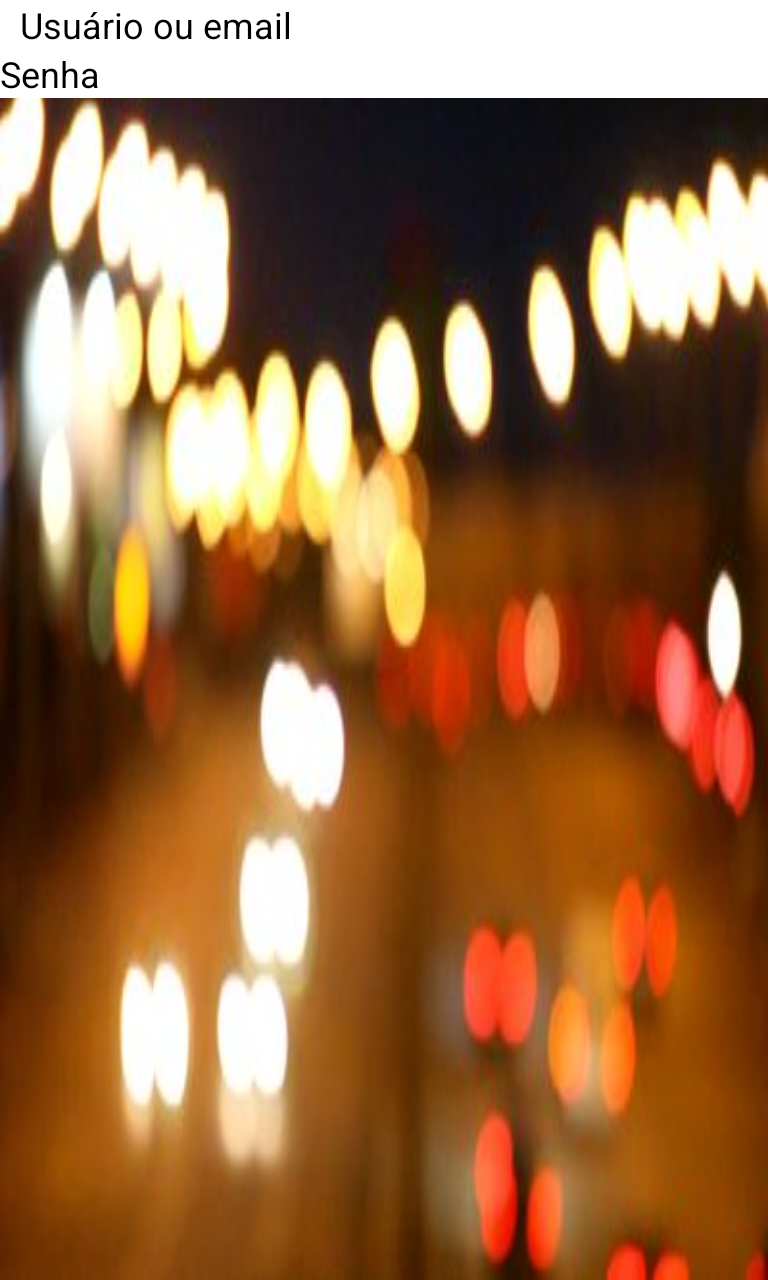
Repository: wellingtondessuy/AppLearning
Layout: HappyApp/res/layout/activity_login.xml
An editor plug-in stored every save of this project. The layout is shown before and after the next save, followed by the edit.
It is drawn on a 768 x 1280 px phone screen (xhdpi) without system bars, with theme AppTheme; the app's code is not run.

Above is the layout before, as saved 2015-05-22 19:10:32.

### HappyApp/res/layout/activity_login.xml
<LinearLayout xmlns:android="http://schemas.android.com/apk/res/android"
    xmlns:tools="http://schemas.android.com/tools"
    android:orientation="vertical"
    android:layout_width="match_parent"
    android:layout_height="match_parent"
    android:background="@drawable/back_wf"
    tools:context="com.example.happyapp.LoginActivity" >

    <EditText
        android:id="@+id/login_user"
        android:hint="@string/username_or_email"
        android:textColorHint="#000000"
        android:layout_width="match_parent"
        android:layout_height="wrap_content"
        android:background="#FFFFFF"
        android:paddingLeft="10dp"
        />

    <EditText
        android:id="@+id/login_password"
        android:hint="@string/password"
        android:textColorHint="#000000"
        android:inputType="textPassword"
        android:layout_width="match_parent"
        android:layout_height="wrap_content"
        android:background="#FFFFFF"
        />

</LinearLayout>

### HappyApp/res/values/strings.xml
<?xml version="1.0" encoding="utf-8"?>
<resources>

    <string name="app_name">HappyApp</string>
    <string name="title_section1">Section 1</string>
    <string name="title_section2">Section 2</string>
    <string name="title_section3">Section 3</string>
    <string name="hello_world">Hello world!</string>
    <string name="action_settings">Settings</string>
    <string name="signup">Quero ser sócio!</string>
    <string name="login">Já sou sócio</string>
    <string name="presentation1">Associe-se e tenha muitas vantagens na hora de torcer</string>
    <string name="presentation2">Vantagem 1</string>
    <string name="presentation3">Vantagem 2</string>
    <string name="presentation4">Vantagem 3</string>
    <string name="presentation5">Vantagem 4</string>
    <string name="logo_description">Logo do Time</string>
    <string name="title_activity_login">LoginActivity</string>
    <string name="title_activity_register">RegisterActivity</string>
    <string name="username_or_email">Usuário ou email</string>
    <string name="password">Senha</string>

</resources>

Loaded but not shown: HappyApp/res/values/styles.xml (common file); HappyApp/res/values-v11/styles.xml (common file); HappyApp/res/values-v14/styles.xml (common file)

After the next save:
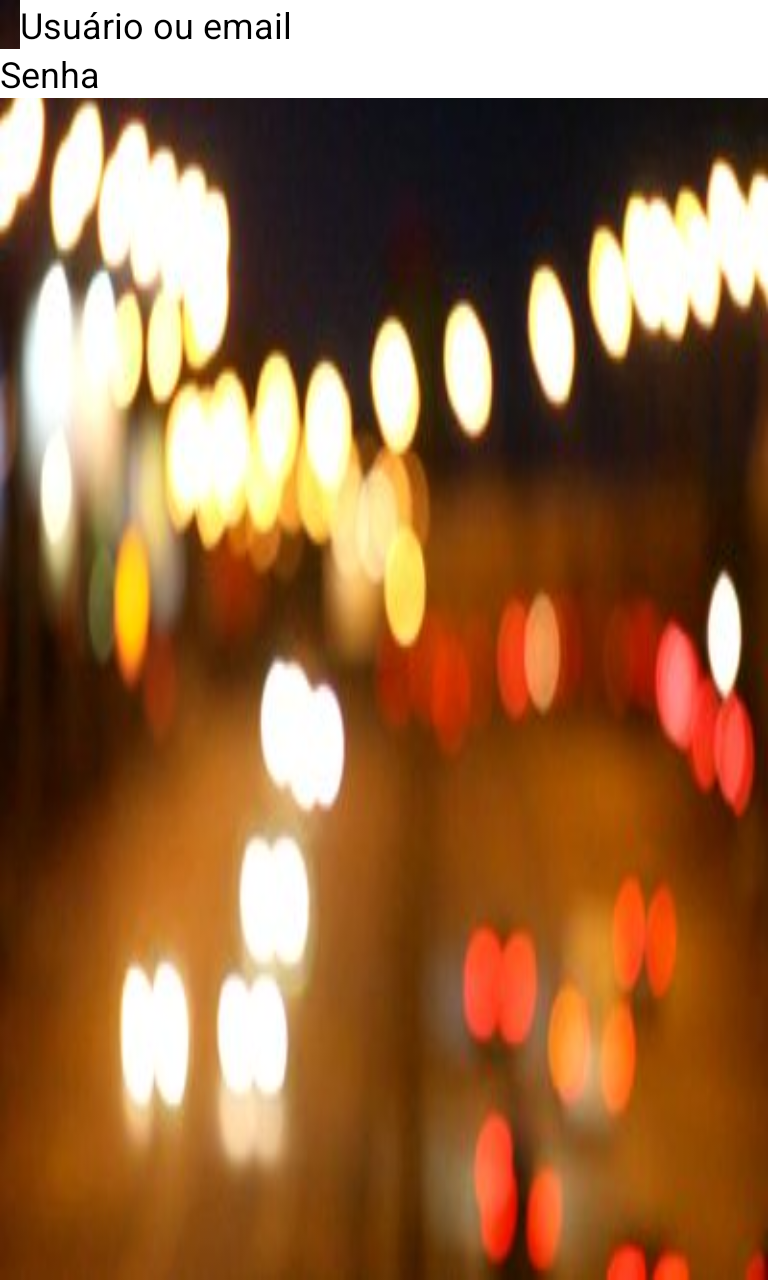
Saved 18 s later.
--- a/HappyApp/res/layout/activity_login.xml
+++ b/HappyApp/res/layout/activity_login.xml
@@ -13,7 +13,7 @@
         android:layout_width="match_parent"
         android:layout_height="wrap_content"
         android:background="#FFFFFF"
-        android:paddingLeft="10dp"
+        android:layout_marginLeft="10dp"
         />
 
     <EditText
